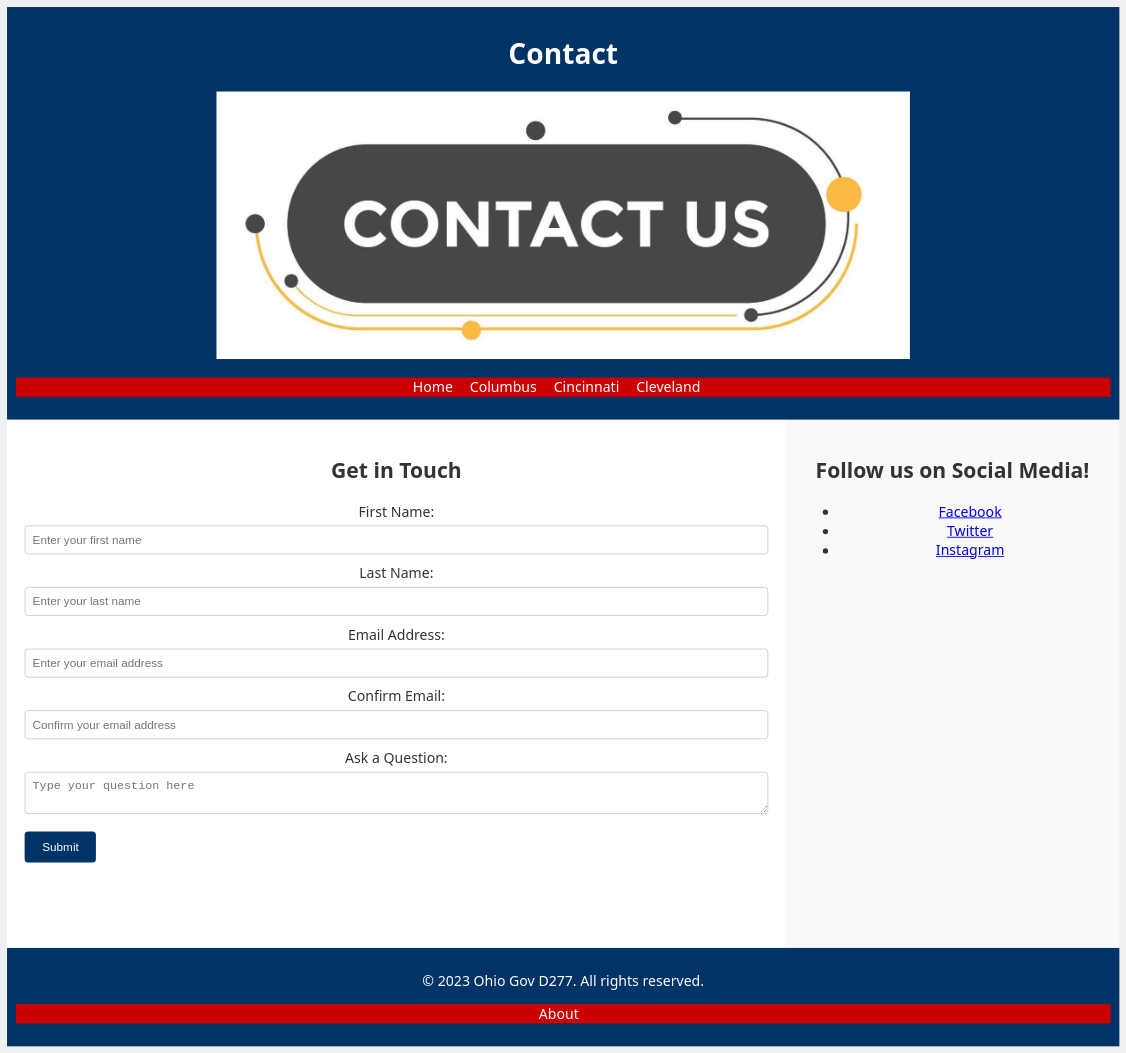
Repository: MikeeBuilds/FEWD-task1
Page: contact.html
The author's editor kept a copy of each file at every save. The page is drawn from the files as they stood at one save, then again after a run of saves.
The browser window is 1280 px wide. The pictures show the whole page, at 88% of full size.

Above is the page before, as saved 2024-07-02 19:59:30.

### contact.html

<!DOCTYPE html>
<html lang="en">

<head>
    <title>Contact</title>
    <link rel="stylesheet" href="style.css">
    <script src="script.js"></script>
</head>

<body>

    <header>
        <h1>Contact</h1>
        <img src="images/contact.jpg" alt="contact image header" id="contact">
        <nav>
            <ul>
                <li><a href="index.html">Home</a></li>
                <li><a href="columbus.html">Columbus</a></li>
                <li><a href="cincinnati.html">Cincinnati</a></li>
                <li><a href="cleveland.html">Cleveland</a></li>
            </ul>
        </nav>
    </header>

    <section>
        <h2>Get in Touch</h2>
        <form id="contactForm">
            <label for="firstName">First Name:</label>
            <input type="text" id="firstName" name="firstName" placeholder="Enter your first name" required>

            <label for="lastName">Last Name:</label>
            <input type="text" id="lastName" name="lastName" placeholder="Enter your last name" required>

            <label for="email">Email Address:</label>
            <input type="email" id="email" name="email" placeholder="Enter your email address" required>

            <label for="confirmEmail">Confirm Email:</label>
            <input type="email" id="confirmEmail" name="confirmEmail" placeholder="Confirm your email address" required>

            <!-- Adding a text box for the user to ask a question -->
            <label for="question">Ask a Question:</label>
            <textarea id="question" name="question" placeholder="Type your question here"></textarea>

            <!-- Adding a Submit button for the form -->
            <input type="submit" value="Submit">
        </form>
    </section>

    <aside>
        <h2>Follow us on Social Media!</h2>
            <p>
                <ul>
                    <li><a href="https://www.facebook.com/" target="_blank">Facebook</a></li>
                    <li><a href="https://www.twitter.com/" target="_blank">Twitter</a></li>
                    <li><a href="https://www.instagram.com/" target="_blank">Instagram</a></li>
                </ul>
            </p>
    </aside>

    <footer>
        <p>&copy; 2023 Ohio Gov D277. All rights reserved.</p>
        <nav>
            <ul>
                <li><a href="about.html">About</a></li>
            </ul>
        </nav>
    </footer>

</body>

</html>

### style.css

body {
    background-color: #f0f0f0; /* Light gray background for better readability */
    font-family: system-ui, -apple-system, BlinkMacSystemFont, 'Segoe UI', Roboto, Oxygen, Ubuntu, Cantarell, 'Open Sans', 'Helvetica Neue', sans-serif;
}

header {
    clear: both;
    background-color: #003366; /* Dark blue */
    color: white;
    padding: 10px;
    text-align: center;
}

nav {
    background-color: #CC0000; /* Red */
    color: white;
}

nav ul {
    list-style: none;
    padding: 0;
}

nav ul li {
    display: inline-block;
    margin-right: 15px;
}

nav ul li a {
    text-decoration: none;
    color: white;
}

nav ul li a:hover {
    color: #CC0000; /* Red */
    background-color: #003366; /* Dark blue */
}

section {
    width: 70%;
    float: left;
    padding: 20px;
    box-sizing: border-box;
    text-align: center;
    height: 600px;
    overflow-y: auto;
    background-color: white; /* White background for sections */
    color: #333; /* Dark text color for readability */
}

aside {
    width: 30%;
    float: left;
    padding: 20px;
    box-sizing: border-box;
    text-align: center;
    height: 600px;
    overflow-y: auto;
    background-color: #f9f9f9; /* Light gray for aside */
    color: #333; /* Dark text color for readability */
}

footer {
    clear: both;
    background-color: #003366; /* Dark blue */
    color: white;
    padding: 10px;
    text-align: center;
}

footer nav ul {
    list-style: none;
    padding: 0;
}

footer nav ul li {
    display: inline-block;
    margin-right: 10px;
}

footer nav ul li a {
    text-decoration: none;
    color: white;
}

footer nav ul li a:hover {
    color: #CC0000; /* Red */
    background-color: #003366; /* Dark blue */
}

#table {
    position: relative;
    top: 20px;
    margin: 0 auto;
    border-collapse: collapse; /* Better table appearance */
    width: 100%;
}

#table th, #table td {
    border: 1px solid #ddd;
    padding: 8px;
}

#table th {
    background-color: #003366; /* Dark blue for table headers */
    color: white;
}

#table tr:nth-child(even) {
    background-color: #f2f2f2; /* Light gray for alternate rows */
}

#table tr:hover {
    background-color: #ddd; /* Hover effect for table rows */
}

.asideparagraph {
    font-size: small;
}

.absolute-note {
    position: absolute;
    top: 10px;
    left: 10px;
    background-color: #CC0000; /* Red */
    padding: 5px;
    border: 1px solid black;
    color: white;
}

main {
    width: 70%;
    margin: 0 auto;
    text-align: center;
}

form label {
    display: block;
    margin-top: 10px;
}
form input, form textarea {
    display: block;
    width: 100%;
    padding: 8px;
    margin-top: 5px;
    border: 1px solid #ccc; /* Border for input elements */
    border-radius: 4px; /* Rounded corners for input elements */
    box-sizing: border-box;
}
form input[type="submit"] {
    width: auto;
    margin-top: 20px;
    background-color: #003366; /* Dark blue for submit button */
    color: white;
    border: none;
    border-radius: 4px;
    padding: 10px 20px;
    cursor: pointer;
}

form input[type="submit"]:hover {
    background-color: #CC0000; /* Red on hover */
}

#ohioicon {
    width: 10%;
    height: auto;
}

#sciotomile {
    width: 20%;
    height: auto;
}

#cincinnati {
    width: 20%;
    height: auto;
}

#cleveland {
    width: 20%;
    height: auto;
}

#contact {

}

### script.js
document.addEventListener('DOMContentLoaded', function () {
    var email = document.getElementById('email');
    var confirmEmail = document.getElementById('confirmEmail');

    function checkEmailMatch() {

        if (email.value !== confirmEmail.value) {
            confirmEmail.setCustomValidity('Email addresses must match.');


            confirmEmail.style.borderColor = 'red';


            alert('Email addresses do not match. Please enter matching email addresses.');
        } else {
            confirmEmail.setCustomValidity('');


            confirmEmail.style.borderColor = 'green';


            alert('Email addresses match. Verification successful.');


        }
    }

    email.addEventListener('change', checkEmailMatch);
    confirmEmail.addEventListener('change', checkEmailMatch);
});

After the next 2 saves:
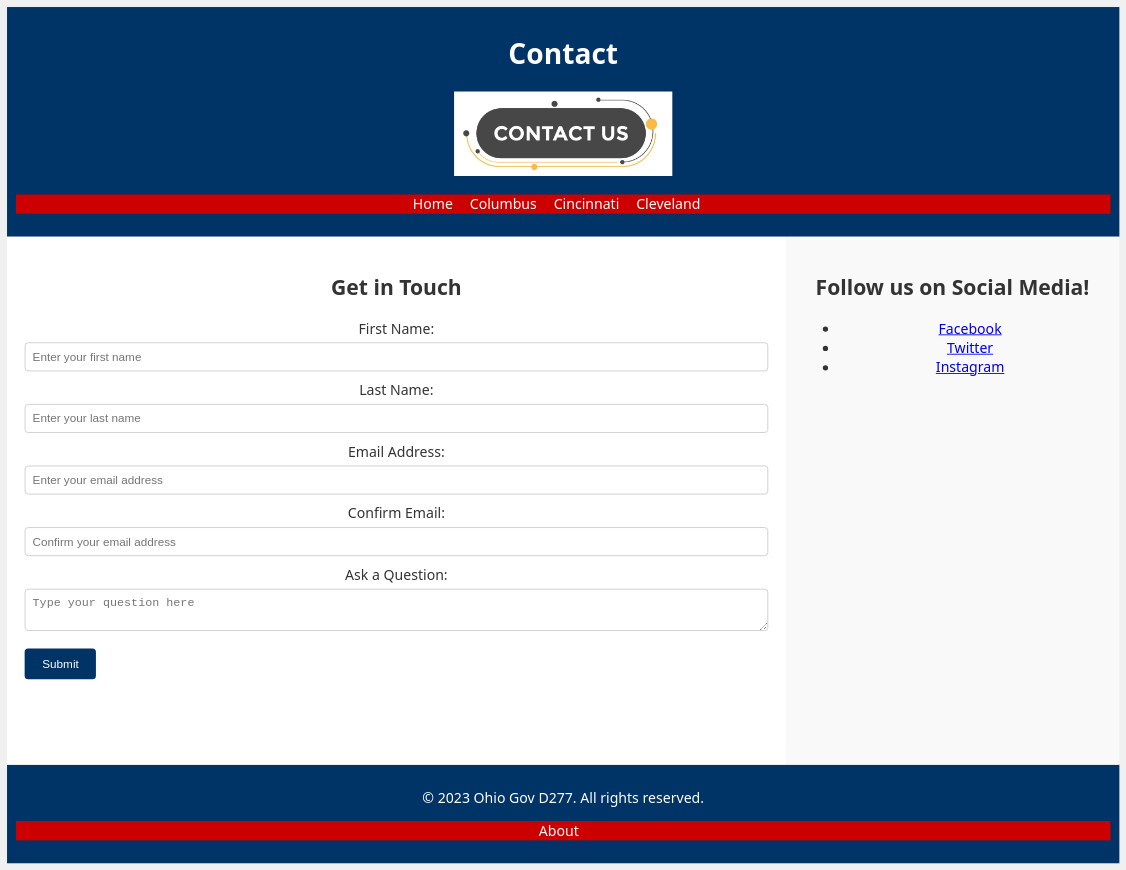
The 2 saves are shown as one change because they came seconds apart.
The last was saved 7 s later.
--- a/style.css
+++ b/style.css
@@ -184,5 +184,6 @@ form input[type="submit"]:hover {
 }
 
 #contact {
-
+    width: 20%;
+    height: auto;
 }
